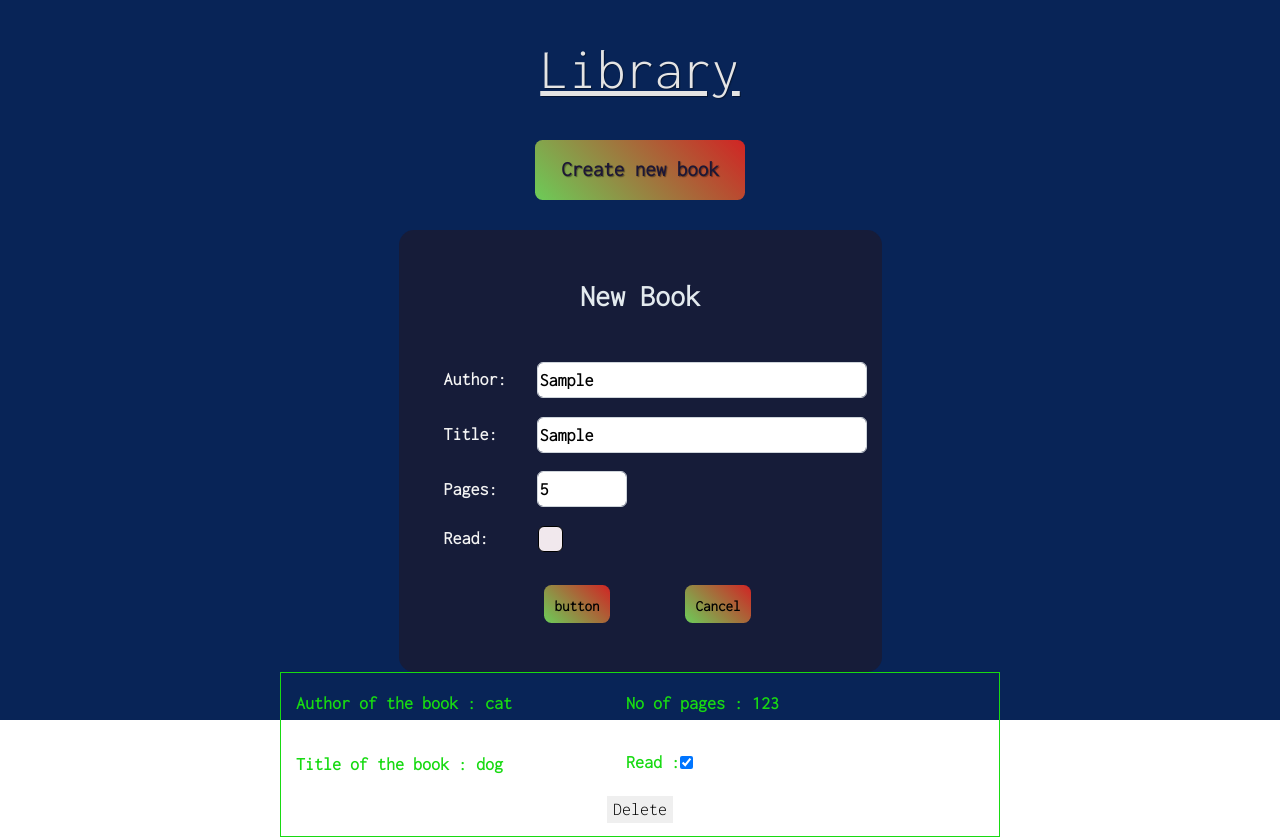
Repository: 0101chaitanya/Library
Page: index.html
An editor plug-in stored every save of this project. The page is shown before and after the next save, followed by the edit.
The browser window is 1280 px wide. The pictures show the whole page.
Empty fields were first filled with sample values (such as "Sample", 5 or name@example.com).
After loading, the first visible `button.deleteBtn` was clicked once.

Above is the page before, as saved 2021-06-05 09:47:42.
Console error (its wording comes from the project's code and is left out).

### index.html
<!DOCTYPE html>
<html>

<head>
    <meta charset="UTF-8">
    <link rel="stylesheet" type="text/css" href="styles.css">

</head>

<body>

    <div id="container">

    </div>
    <script type="text/javascript" src="script.js"></script>

</body>

</html>

### styles.css
@import url('https://fonts.googleapis.com/css2?family=Inconsolata:wght@300&display=swap');
 :root {
    --color-white: #f3f3f3;
    --color-darkblue-alpha: rgba(27, 27, 50, 0.8);
    --color-green: #082457;
}

@media (max-width: 340px) {
     :root {
        font-size: 2px;
    }
}

@media (max-width: 500px) {
     :root {
        font-size: 7.2px;
    }
}

@media (min-width: 501px) {
     :root {
        font-size: 15px;
    }
}

*,
*::before,
*::after {
    box-sizing: border-box;
}

body {
    font-family: 'Inconsolata', monospace;
    font-size: 1rem;
    font-weight: 1000;
    line-height: 1.4;
    color: var(--color-white);
    margin: 0;
}

body::before {
    content: '';
    position: fixed;
    height: 100%;
    width: 100%;
    z-index: -1;
    background: var(--color-green);
}

header {
    font-weight: 500;
    font-size: 3.8rem;
    position: relative;
    top: 2rem;
    text-decoration: underline;
    margin-top: 0rem;
    text-shadow: 1px 1px 1px rgba(0, 0, 0, 0.4);
    color: #e4e4e4;
    text-align: center;
}

label {
    display: flex;
    align-items: center;
    font-size: 1.2rem;
}

input,
button {
    margin: 0;
    font-size: inherit;
    font-family: inherit;
    line-height: inherit;
}

button {
    border: none;
}

#container {
    width: 100%;
    margin: 0rem auto 0 auto;
}

@media (min-width: 576px) {
    #container {
        max-width: 540px;
    }
}

@media (min-width: 768px) {
    #container {
        max-width: 720px;
    }
}

#newBookButton {
    font-size: 1.4rem;
    width: 14rem;
    height: 4rem;
    position: relative;
    margin-top: 4rem;
    background: linear-gradient(45deg, rgb(108, 204, 88), rgb(209, 36, 36));
    font-weight: bold;
    border-radius: 0.5rem;
    text-shadow: 1px 1px 1px rgba(0, 0, 0, 0.4);
    color: rgb(29, 23, 53);
    margin-left: auto;
    margin-right: auto;
    display: block;
}

#newBookButton:hover {
    background: goldenrod;
    box-shadow: 0 0 1rem 0.1rem green;
}

form {
    display: none;
    flex-direction: column;
    align-items: center;
    justify-items: center;
    width: fit-content;
    position: relative;
    top: 2rem;
    margin-left: auto;
    margin-right: auto;
    background: var(--color-darkblue-alpha);
    padding: 2.5rem 6.25rem;
    border-radius: 1rem;
}

@media (min-width:480px) {
    form {
        padding: 3rem;
    }
}

.formGroup {
    margin: 0 auto 1.25rem auto;
}

.textBox {
    font-weight: bold;
    display: block;
    width: 22rem;
    height: 2.4rem;
    padding: - .375rem 2rem;
    background-color: white;
    background-clip: padding-box;
    border: 1px solid #ced4da;
    border-radius: 0.4rem;
    transition: border-color 0.15s ease-in- out, box-shadow 0.15s ease-in-out;
}

.textBox:focus {
    border-color: #80bdff;
    outline: 0;
    box-shadow: 0 0 1rem rgba(0, 255, 85, 0.25);
}

h1 {
    position: relative;
    text-align: center;
    margin-left: 0;
    margin: 0 0 3rem;
    color: rgb(227, 234, 238);
}

#authorInput {
    position: relative;
    left: 2rem;
}

#titleInput {
    position: relative;
    left: 2.6rem;
}

#pagesInput {
    position: relative;
    left: 2.6rem;
    width: 6rem;
    height: 2.4rem;
    padding: - 0.375rem 0.75rem;
    background-color: white;
    background-clip: padding-box;
    border: 1px solid #ced4da;
    border-radius: 0.4rem;
    transition: border-color 0.15s ease-in- out, box-shadow 0.15s ease-in-out;
    font-weight: bold;
}

#pagesInput:focus {
    border-color: #80bdff;
    outline: 0;
    box-shadow: 0 0 0 0.2rem rgba(0, 255, 85, 0.25);
}

#urlInput {
    position: relative;
    height: 2.4rem;
    width: 22rem;
    left: 3.85rem;
    padding: - .375rem 2rem;
    background-color: white;
    background-clip: padding-box;
    border: 1px solid #ced4da;
    border-radius: 0.4rem;
    transition: border-color 0.15s ease-in- out, box-shadow 0.15s ease-in-out;
}

#urlInput:focus {
    border-color: #80bdff;
    outline: 0;
    box-shadow: 0 0 1rem rgba(0, 255, 85, 0.25);
}

#readInput {
    position: relative;
    left: 3.3rem;
    opacity: 0;
}

.checkMark {
    position: relative;
    display: inline-flex;
    justify-content: center;
    align-items: center;
    left: 2.4rem;
    height: 1.7rem;
    width: 1.7rem;
    border-color: black;
    border-style: solid;
    border-width: 0.01rem;
    color: rgb(241, 232, 237);
    background: rgb(241, 232, 237);
    border-radius: 0.4rem;
}

#readInput:checked~.checkMark {
    color: rgb(26, 28, 43);
    background: rgb(84, 139, 221);
}

#submission {
    display: flex;
    justify-content: center;
    position: relative;
    top: 1rem;
}

.selection {
    margin: 0 2rem auto 3rem;
    height: 2.5rem;
    width: 100%;
    padding: 0.7rem;
    border-radius: 0.5rem;
    font-weight: bold;
    background: linear-gradient(45deg, rgb(108, 204, 88), rgb(209, 36, 36));
}

.selection:hover {
    background: goldenrod;
    box-shadow: 0 0 1rem 0.1rem green;
}

#vb {
    position: relative;
    display: block;
    margin-left: auto;
    margin-right: auto;
    top: 2rem;
    height: auto;
    width: auto;
}

.divElement {
    display: flex;
    border: 1px solid;
    flex-direction: column;
    align-items: flex-start;
    padding: 0rem 1rem;
    color: #18da12;
    height: 11rem;
    font-size: 1.2rem;
}

p:nth-of-type(3) {
    position: relative;
    left: 22rem;
    top: -8.1rem;
}

.divElement label {
    position: relative;
    left: 22rem;
    top: -7.1rem;
}

.deleteBtn {
    width: fit-content;
    position: relative;
    display: block;
    margin-left: auto;
    margin-right: auto;
    top: -5.7rem;
}

### script.js
'use strict';
let container = document.getElementById("container");
let heading = document.createElement("header");
heading.textContent = 'Library';
container.appendChild(heading);
let newBook = document.createElement('button');
newBook.id = 'newBookButton';
newBook.textContent = 'Create new book';
container.appendChild(newBook);

let form = document.createElement('form');
let h1 = document.createElement('h1');
form.appendChild(h1);
//form.method = "post";
let divInput = document.createElement('div');
divInput.id = 'divInput';

function createElmt(labelName, labelId, tipe, labelTextContent, inputId, inpId, req, place, checkMk) {

    let formGroup = document.createElement('div');
    formGroup.classList.add('formGroup');
    labelName = document.createElement('label');
    labelName.textContent = labelTextContent;
    labelName.id = labelId;
    labelName.htmlFor = inputId;
    inputId = document.createElement('input');
    inputId.type = tipe;
    inputId.id = inpId;
    // inputId.required = req;
    inputId.placeholder = place;
    if (inputId.type == 'text') {
        inputId.classList.add('textBox');
    }
    labelName.appendChild(inputId);
    if (checkMk == 'read') {
        let span = document.createElement('span');
        span.className = 'checkMark';
        span.innerHTML = '&#10003';


        labelName.appendChild(span);
    }
    formGroup.appendChild(labelName);

    divInput.appendChild(formGroup);
}

h1.textContent = `New Book`;
createElmt('author', 'author', 'text', 'Author:', 'authorInput', 'authorInput', true, 'Enter name of author');
createElmt('title', 'title', 'text', 'Title:', 'titleInput', 'titleInput', true, 'Enter title of the book');
createElmt('pages', 'pages', 'number', 'Pages:', 'pagesInput', 'pagesInput', true, '');
createElmt('read', 'read', 'checkbox', 'Read:', 'readInput', 'readInput', false, null, 'read');
form.appendChild(divInput);
let submission = document.createElement('div');
submission.classList.add('formGroup');
submission.id = 'submission';
let submitBtn = document.createElement('button');
submitBtn.textContent = 'button';
submitBtn.id = "submitBtn";
submitBtn.type = 'submit';
submitBtn.classList.add('selection');
submission.appendChild(submitBtn);
let cancel = document.createElement('button');
cancel.textContent = 'Cancel';
cancel.id = 'cancel';
cancel.type = 'button';
cancel.classList.add('selection');
submission.appendChild(cancel);
form.appendChild(submission);
container.appendChild(form);
let viewBox = document.createElement('div');
viewBox.id = 'vb';
container.appendChild(viewBox);

function setBookObj(author, title, pages, readStatus) {
    this.author = author;
    this.title = title;
    this.pages = pages;
    this.readStatus = readStatus;
}
let x = document.getElementById(`authorInput`);

let objArray = [];

form.addEventListener('submit', addBook(form)); //console.log(ObjArray.length);

function addBook(form) {
    /*   let obj1 = new setBookObj(form.elements[0].value, form.elements[0].value, form.elements[2].value, form.elements[3].value);
      console.log(form.elements[0].value);

     */
    /*
           obj[author] = form.elements[0].value;
           obj[title] = e.target.elements[1].value;
           obj[pages] = e.target.elements[2].value;
           obj.readStatus = e.target.elements[3].value;
        */
    // Object.call(ObjArray);
    // console.log(obj);

    // e.target.submit();
    //  return ObjArray;
    //console.log(ObjArray);

    // console.log(ObjArray);
    //form.submit();
}
console.log(objArray);

let obj1 = new setBookObj('cat', 'dog', 123, true);
objArray.push(obj1);

objArray.forEach((item, i) => {


    let divOut = document.createElement('div');
    divOut.id = `divOut${i}`;
    divOut.classList.add('divElement');
    let authOut = document.createElement('p');
    authOut.classList.add(`out`);
    authOut.textContent = `Author of the book : ${item.author}`;
    let titleOut = document.createElement('p');
    titleOut.textContent = `Title of the book : ${item.title}`;;
    titleOut.classList.add(`out`);
    let pgsOut = document.createElement('p');
    pgsOut.textContent = `No of pages : ${item.pages}`;
    pgsOut.classList.add(`out`);
    let redLabel = document.createElement('label');
    redLabel.classList.add(`out`);
    redLabel.textContent = `Read :`;
    let redOut = document.createElement('input');
    redLabel.htmlFor = redOut;
    redOut.type = 'checkbox';
    redLabel.appendChild(redOut);
    redOut.checked = item.readStatus;
    divOut.appendChild(authOut);
    divOut.appendChild(titleOut);
    divOut.appendChild(pgsOut);
    divOut.appendChild(redLabel);

    let deleteBtn = document.createElement('button');
    deleteBtn.type = 'button';
    deleteBtn.classList.add('deleteBtn');
    deleteBtn.textContent = 'Delete';
    deleteBtn.addEventListener('click', e => {
        objArray.splice(i, 1, 0);
        divOut.removeChild(divOut);
    });


    divOut.appendChild(deleteBtn);
    viewBox.appendChild(divOut);

    console.log(item);
});

form.style.display = 'flex';

function formEnable() {
    form.style.display = 'flex';
}

function formDisable() {
    form.style.display = 'none';
}

After the next save:
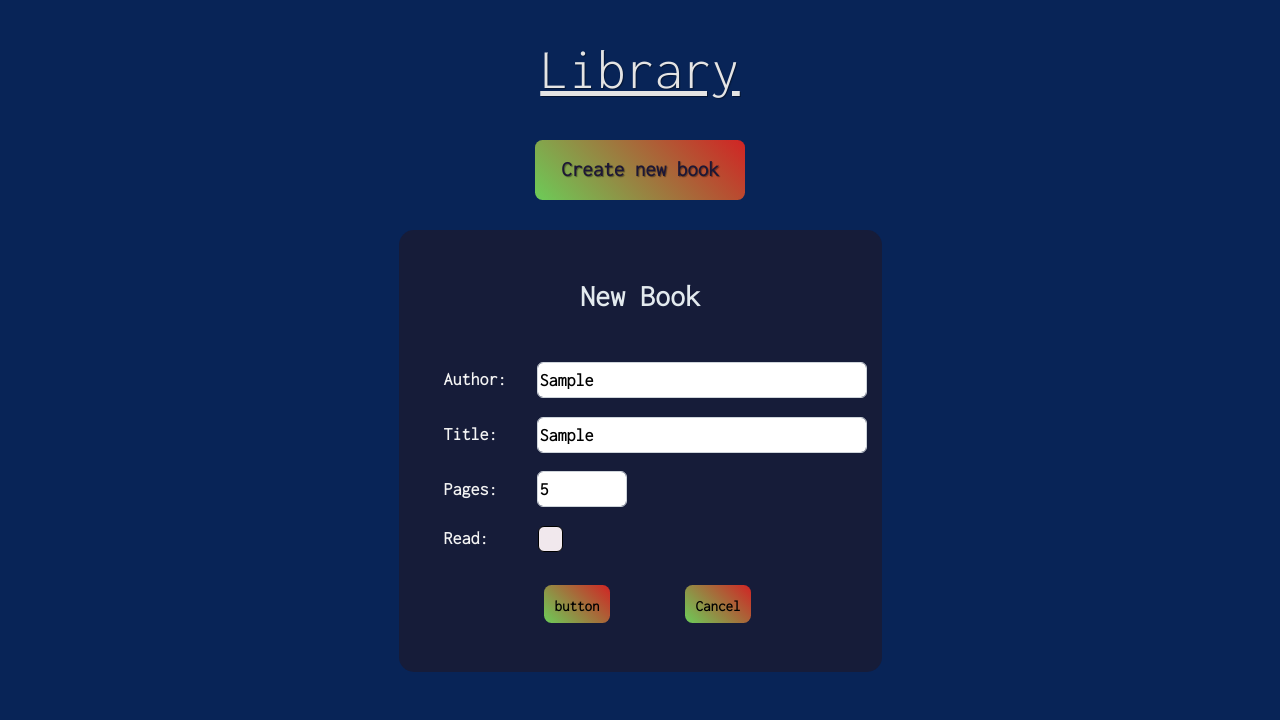
The error is gone.
Saved 42 s later.
--- a/script.js
+++ b/script.js
@@ -144,7 +144,7 @@ objArray.forEach((item, i) => {
     deleteBtn.textContent = 'Delete';
     deleteBtn.addEventListener('click', e => {
         objArray.splice(i, 1, 0);
-        divOut.removeChild(divOut);
+        divOut.remove();
     });
 
 
